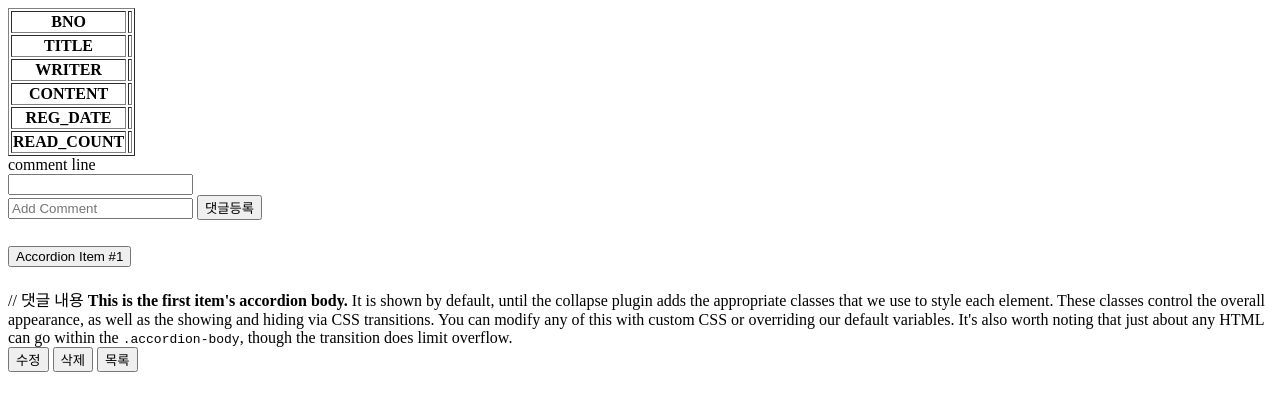
Repository: Raneechoi/java2022_09_03
Page: http://localhost/Project/board/detail.jsp
An editor plug-in stored every save of this project. The page is shown before and after the next save, followed by the edit.
The browser window is 1280 px wide. The pictures show the whole page.
The page is served by Tomcat 9. The template is opened directly, without the code that normally fills it, so the values that code supplies are empty.

Above is the page before, as saved 2022-12-05 04:16:46.

After the next save:
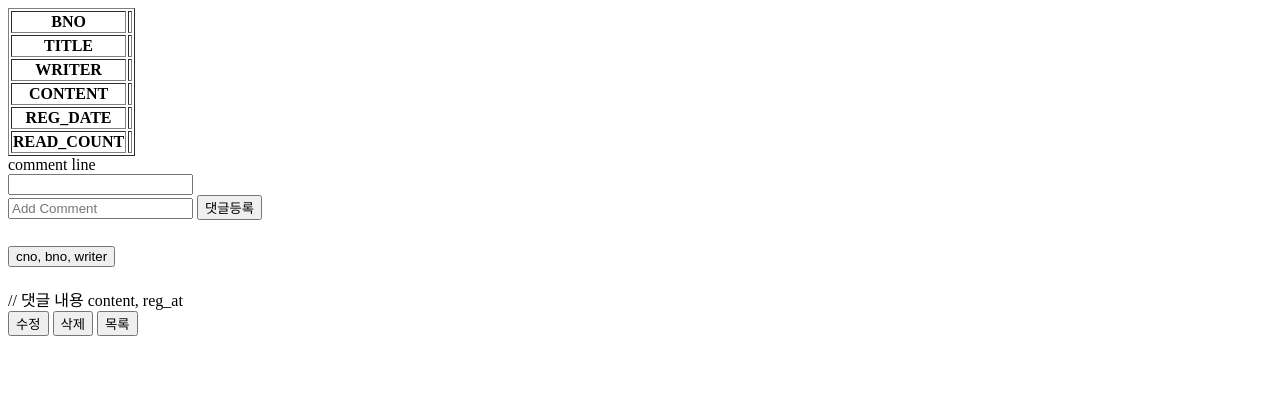
Saved 59 s later.
--- a/JSP_Board&Member/Project/src/main/webapp/board/detail.jsp
+++ b/JSP_Board&Member/Project/src/main/webapp/board/detail.jsp
@@ -46,13 +46,13 @@
 		  <div class="accordion-item">
 		    <h2 class="accordion-header" id="headingOne">
 		      <button class="accordion-button" type="button" data-bs-toggle="collapse" data-bs-target="#collapseOne" aria-expanded="true" aria-controls="collapseOne">
-		        Accordion Item #1
+		        cno, bno, writer
 		      </button>
 		    </h2>
-		    <div id="collapseOne" class="accordion-collapse collapse show" aria-labelledby="headingOne" data-bs-parent="#accordionExample">
-		      <div class="accordion-body">
+		    	<div id="collapseOne" class="accordion-collapse collapse show" aria-labelledby="headingOne" data-bs-parent="#accordionExample">
+		      	<div class="accordion-body">
 		// 댓글 내용
-        <strong>This is the first item's accordion body.</strong> It is shown by default, until the collapse plugin adds the appropriate classes that we use to style each element. These classes control the overall appearance, as well as the showing and hiding via CSS transitions. You can modify any of this with custom CSS or overriding our default variables. It's also worth noting that just about any HTML can go within the <code>.accordion-body</code>, though the transition does limit overflow.
+        content, reg_at
       </div>
     </div>
   </div>
